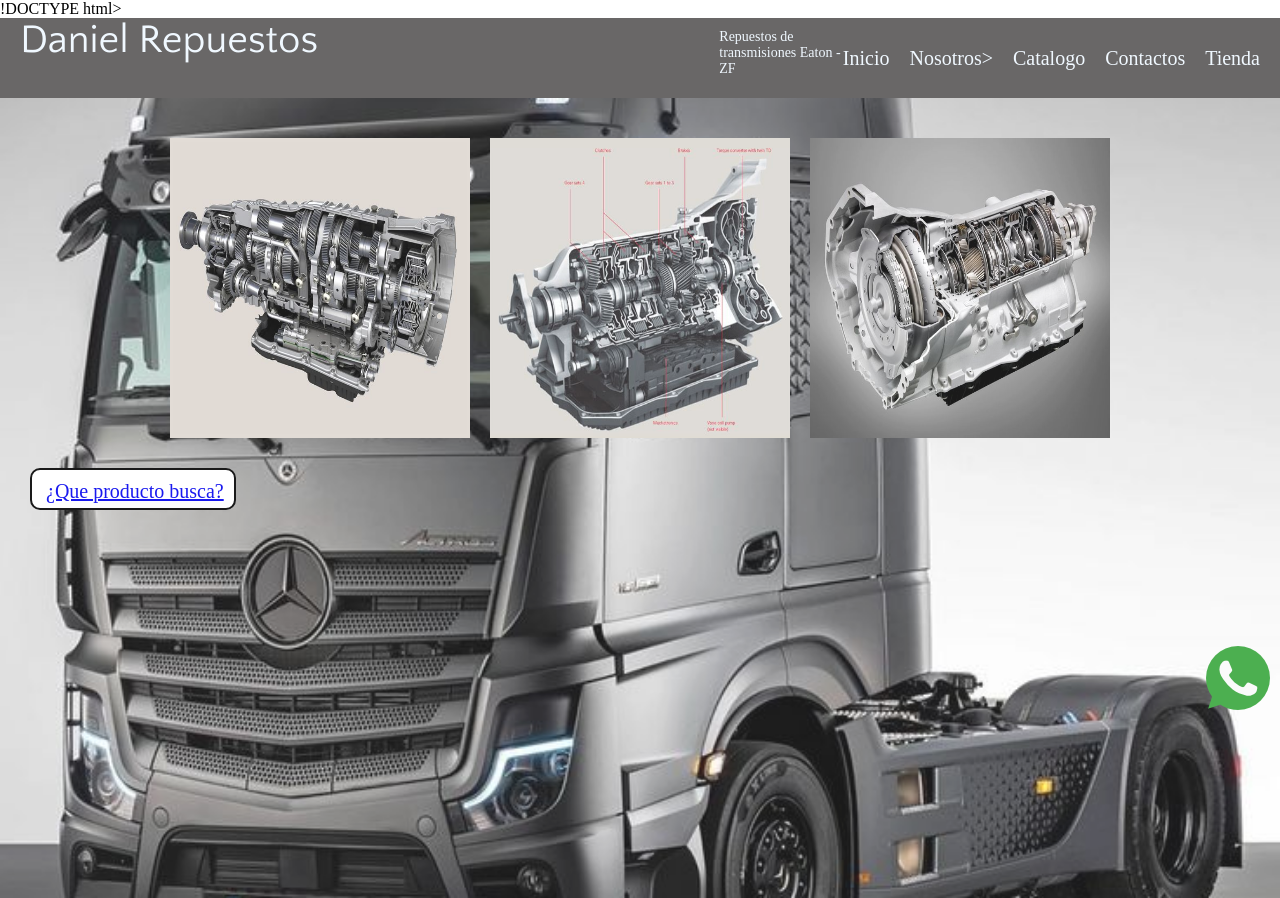
Repository: minesterani/proyecto-caja
Page: pages/nosotros.html
The author's editor kept a copy of each file at every save. The page is drawn from the files as they stood at one save, then again after the next save.
The browser window is 1280 px wide. The pictures show the whole page.

Above is the page before, as saved 2024-09-30 11:27:17.

### pages/nosotros.html
!DOCTYPE html>
<html lang="en">
<head>
    <meta charset="UTF-8">
    <meta name="viewport" content="width=device-width, initial-scale=1.0">
    <title>Document</title>
    <link rel="preconnect" href="https://fonts.googleapis.com">
<link rel="preconnect" href="https://fonts.gstatic.com" crossorigin>
<link href="https://fonts.googleapis.com/css2?family=Quattrocento+Sans:ital,wght@0,400;0,700;1,400;1,700&display=swap" rel="stylesheet">
    <link rel="stylesheet" href="../css/style.css">
</head>
<body>
   <header class="header-nosotros">
    <h1>Daniel Repuestos</h1>
    <p class="subtitulo">Repuestos de transmisiones Eaton - ZF</p>
    <nav>
        <ul class="navNos">
            <li><a href="../index.html">Inicio</a></li>
            <li><a href="#">Nosotros></a></li>
            <li><a href="./catalogo.html">Catalogo</a></li>
                <li><a href="./contactos.html">Contactos</a></li>
            <li><a href="./tienda.html">Tienda</a></li>
        </ul>
    </nav>

   </header>
   <main>
    <section class="section-tienda">
        <div class="contenedor-tienda">
            <img src="../assets/img/caja 2.jpg" alt="caja 2" style="width: 300px; height: 300px;">
            <img src="../assets/img/caja.jpg" alt="caja 3" style="width: 300px; height: 300px;">
            <img src="../assets/img/Transmisiones de toyota.jpeg" alt="transmicion" style="width: 300px; height: 300px;">
        </div>
        <a href="#" class="boton">¿Que producto busca?</a>
    </section>

   </main>
   <footer>
    <a class="whatsapp-tienda"href="https://wa.me/3416513963" target="_blank">
        <img src="../assets/img/whatsapp.png" alt="">
    </a>
   </footer>
</body>
</html>

### css/style.css
/* Estilo global */
* {
    margin: 0;
    padding: 0;
    box-sizing: border-box;
}

h1 {
    background-color: rgb(105, 103, 103);
    width: 100%;
    height: 80px;
    font-size: 40px;
    color: aliceblue;
    font-family: "Quattrocento Sans", sans-serif;
    font-weight: 400;
    font-style: normal;
}
header .header-tienda h1 {
    margin-bottom: 0; /* Elimina el margen inferior del h1 */
    font-size: 36px; /* Tamaño de fuente del h1 (ajústalo según sea necesario) */
}
.subtitulo{
    font-size: 14px; /* Tamaño más pequeño */
    color: aliceblue;
    margin-top: -10px; /* Ajuste del margen para que esté cerca del h1 */
}

/* Header */
.header-index, .header-tienda, .header-catalogo, .header-contactos, .header-nosotros {
    display: flex;
    width: 100%;
    flex-direction: row;
    background-color: rgb(105, 103, 103);
    justify-content: space-between;
    align-items: center;
    padding: 0px 20px;
    position: sticky;
    top: 0;
}

/* Navegación */
.navBar, .navtienda, .nav-catalogo, .nav-Contactos, .navNos {
    display: flex;
    list-style-type: none;
    gap: 20px;
}

.navBar li a, .navtienda li a, .nav-catalogo li a, .nav-Contactos li a, .navNos li a {
    text-decoration: none;
    color: aliceblue;
    font-size: 20px;
}

/* Sección Principal */
.section-principal {
    background-color: lightblue;
    width: 100%;
    height: 25rem;
    background-image: url("../assets/img/mercedes gris.jpeg");
    background-position: center;
    background-size: cover;
    background-repeat: no-repeat;
}

/* Botón */
.boton {
    background-color: white;
    font-size: 1.25rem;
    padding: 10px 10px 5px 14px;
    border-width: 2px;
    border-style: solid;
    border-color: black;
    border-radius: 10px;
    position: fixed;
    margin: 10px;
}
.grid {
    display: grid;
    grid-template-columns: repeat(8, 1fr); /* 8 columnas iguales */
    gap: 10px; /* Espacio entre las imágenes */
    width: 100%;
    padding: 0;
    margin: 0;
}

.grid img {
    width: 100%;
    height: 200px; /* Ajusta la altura según sea necesario */
    object-fit: cover; /* Las imágenes se ajustarán sin deformarse */
}

/* Sección de Contactos */
.section-contactos, .section-tienda, .section-catalogos, .section-nosotros {
    background-color: lightblue;
    width: 100%;
    height: 25rem;
    background-image: url("../assets/img/mercedes gris.jpeg");
    background-position: center;
    background-size: cover;
    background-repeat: no-repeat;
    opacity: 0.3;
}

.section-nosotros {
    position: relative;
    padding: 50px;
    background-image: url("../assets/img/mercedes\ gris.jpeg");
    background-size: cover;
    background-position: center;
    background-repeat: no-repeat;
    opacity: 0.7;
    color: white;
    font-family: "Quattrocento Sans", sans-serif;
    height: auto;
}

.container-nosotros {
    display: flex;
    justify-content: space-between;
    align-items: flex-start;
    max-width: 1200px;
    margin: 0 auto;
    overflow: hidden;
}

.texto-nosotros {
    width: 55%;
    padding: 20px;
    background-color: rgba(0, 0, 0, 0.5);
    border-radius: 10px;
    color: white;
    overflow: hidden;
}

.texto-nosotros h2 {
    margin-bottom: 20px;
    font-size: 2.5rem;
}

.texto-nosotros p {
    margin-bottom: 15px;
    font-size: 1.2rem;
    line-height: 1.6;
}

.imagenes-nosotros {
    width: 40%;
    display: flex;
    flex-direction: column;
    gap: 10px;
    align-items: flex-start;
}

.imagenes-nosotros img {
    width: 100%;
    height: auto;
    max-width: 300px;
    border-radius: 10px;
    object-fit: cover;
    overflow: hidden;

}
.section-tienda {
    background-color: lightblue;
    width: 100%; /* Ajusta el ancho según sea necesario */
    height: 50rem; /* Aumenta la altura del contenedor */
    padding: 20px;
    background-image: url("../assets/img/mercedes gris.jpeg");
    background-position: center;
    background-size: cover;
    background-repeat: no-repeat;
    opacity: 0.9;
}

.contenedor-tienda {
    display: flex;
    flex-wrap: wrap;
    justify-content: center;
    gap: 20px; /* Espacio entre las fotos */
    padding: 20px;
}

/* Sección Contactos */
.section-contactos {
    background-color: lightblue;
    width: 100%;
    padding: 50px 20px;
    background-image: url("../assets/img/mercedes gris.jpeg");
    background-position: center;
    background-size: cover;
    background-repeat: no-repeat;
    opacity: 0.9; /* Aumenta la opacidad para mejor visibilidad */
    color: black;
    height: auto; /* Altura automática según contenido */
}

.container-contactos {
    display: flex;
    justify-content: space-between;
    align-items: flex-start;
    max-width: 1200px; /* Ancho máximo del contenedor */
    margin: 0 auto; /* Centra el contenedor horizontalmente */
    gap: 20px; /* Espacio entre el mapa y los datos */
}

.mapa {
    flex: 1;
}

.mapa iframe {
    width: 100%;
    height: 400px; /* Ajusta la altura según lo necesites */
    border: none;
}

.datos-empresa {
    flex: 1;
    padding-left: 20px; /* Espacio a la izquierda de los datos */
    font-size: 1.25rem;
}

.datos-empresa h3 {
    margin-bottom: 15px;
    font-size: 2rem;
    font-weight: 700;
}

.datos-empresa p {
    margin-bottom: 15px;
    font-size: 1.5rem;
    line-height: 1.6;
}

/* Footer */
.footer-content {
    background-color: #f4f4f4;
    padding: 20px;
    margin-top: 0;
    clear: both;
}

.columns {
    display: flex;
    justify-content: space-between;
    align-items: flex-start;
    margin-bottom: 0;
    padding: 20px 0;
}

.left-column, .right-column {
    width: 48%;
}

.left-column iframe {
    width: 100%;
    height: 300px;
    border: 0;
}

.right-column {
    padding-left: 20px;
    text-align: center;
    padding-top: 20px;
}

.right-column h3, .right-column p {
    margin: 10px 0;
}

.footer-bottom {
    text-align: center;
    padding: 10px 0;
    border-top: 1px solid #ccc;
}

.footer-bottom p {
    margin: 5px 0;
}

/* Estilos específicos para WhatsApp */
.whatsapp, .whatsapp-contactos, .whatsapp-tienda, .whatsapp-nosotros, .whatsapp-catalogo {
    position: fixed;
    bottom: 10px;
    right: 10px;
}

/* Media Queries */
@media(max-width: 1024px) {
    .header-index, .header-tienda {
        justify-content: space-around;
    }
}

@media(max-width: 768px) {
    h1 {
        background-color: rgba(197, 193, 193, 0.555);
        height: 80px;
        font-size: 40px;
        padding: 10px;
    }

    .header-index, .header-tienda, .header-catalogo, .header-contactos, .header-nosotros {
        flex-direction: column;
        background-color: gray;
        font-size: 30px;
        padding: 10px;
        align-items: center;
        justify-content: center;
        gap: 30px;
    }

    .navBar, .navtienda, .nav-catalogo, .nav-Contactos, .navNos {
        padding-bottom: .875rem;
    }

    .navBar li a, .navtienda li a, .nav-catalogo li a, .nav-Contactos li a, .navNos li a {
        font-size: 1.5rem;
    }

    .section-principal, .section-tienda, .section-catalogos, .section-contactos, .section-nosotros {
        background-image: url("../assets/img/caja 2.jpg");
        background-size: 100% 100%;
    }

    .container-nosotros {
        flex-direction: column;
        align-items: center;
    }

    .imagenes-nosotros {
        width: 100%;
        display: flex;
        justify-content: center;
        flex-direction: column;
        gap: 15px;
    }

    .imagenes-nosotros img {
        max-height: 300px;
    }

    .texto-nosotros {
        width: 100%;
        text-align: center;
    }
    .mapa, .datos-empresa {
        width: 100%;
        padding: 0;
    }

    .datos-empresa {
        padding-left: 0;
        margin-top: 20px;
        text-align: center;
        font-size: 1.2rem; /* Mantiene el tamaño de fuente aumentado */
    }

}

@media(max-width: 425px) {
    .navBar, .navtienda, .nav-catalogo, .nav-Contactos, .navNos {
        flex-direction: column;
    }

    .grid {
        grid-template-columns: 1fr;
        grid-auto-rows: 200px;
        grid-template-areas:
            "img1"
            "img2"
            "img3"
            "img4"
            "img5"
            "img6"
            "img7"
            "img8";
    }

    .grid img {
        width: 100%;
        height: auto;
        object-fit: cover;
    }

    .columns {
        flex-direction: column;
        align-items: center;
    }

    .left-column, .right-column {
        width: 100%;
        padding: 0;
    }

    .right-column {
        padding-top: 20px;
    }
}

After the next save:
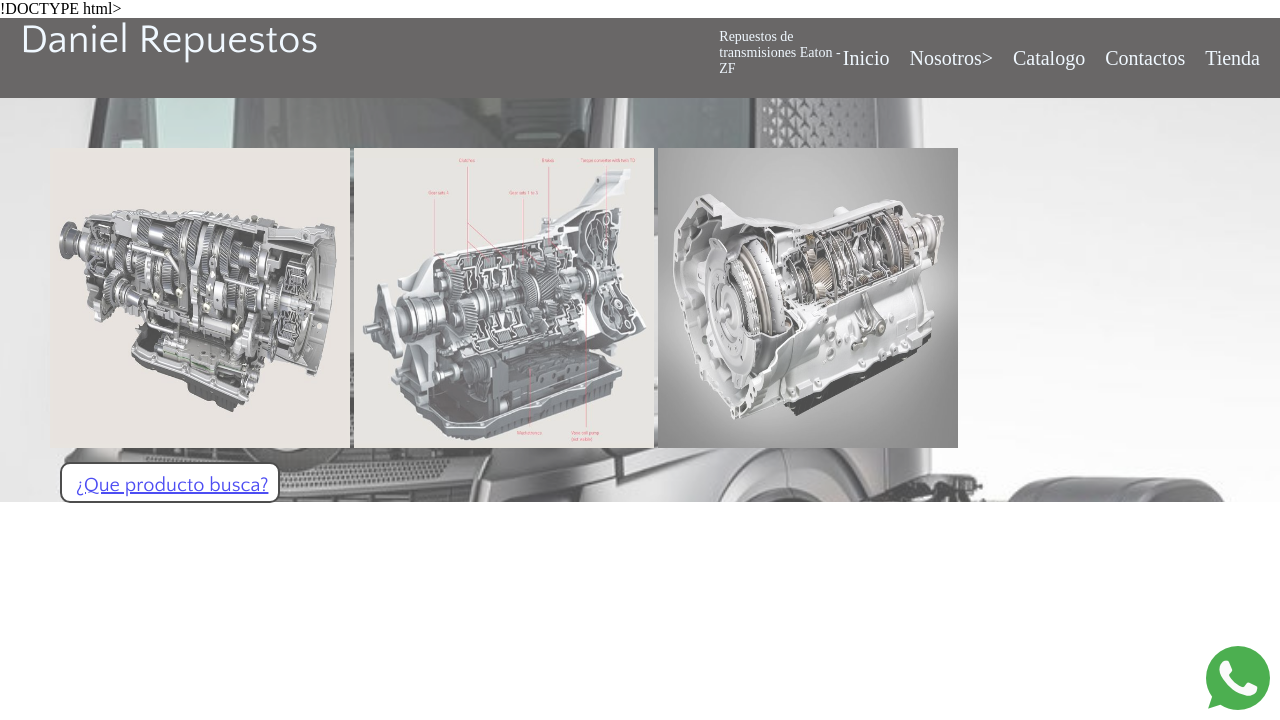
Saved 44 h 48 min later.
--- a/pages/nosotros.html
+++ b/pages/nosotros.html
@@ -25,8 +25,8 @@
 
    </header>
    <main>
-    <section class="section-tienda">
-        <div class="contenedor-tienda">
+    <section class="section-nosotros">
+        <div class="conteiner-nosotros">
             <img src="../assets/img/caja 2.jpg" alt="caja 2" style="width: 300px; height: 300px;">
             <img src="../assets/img/caja.jpg" alt="caja 3" style="width: 300px; height: 300px;">
             <img src="../assets/img/Transmisiones de toyota.jpeg" alt="transmicion" style="width: 300px; height: 300px;">
@@ -36,7 +36,7 @@
 
    </main>
    <footer>
-    <a class="whatsapp-tienda"href="https://wa.me/3416513963" target="_blank">
+    <a class="whatsapp-nosotros"href="https://wa.me/3416513963" target="_blank">
         <img src="../assets/img/whatsapp.png" alt="">
     </a>
    </footer>
